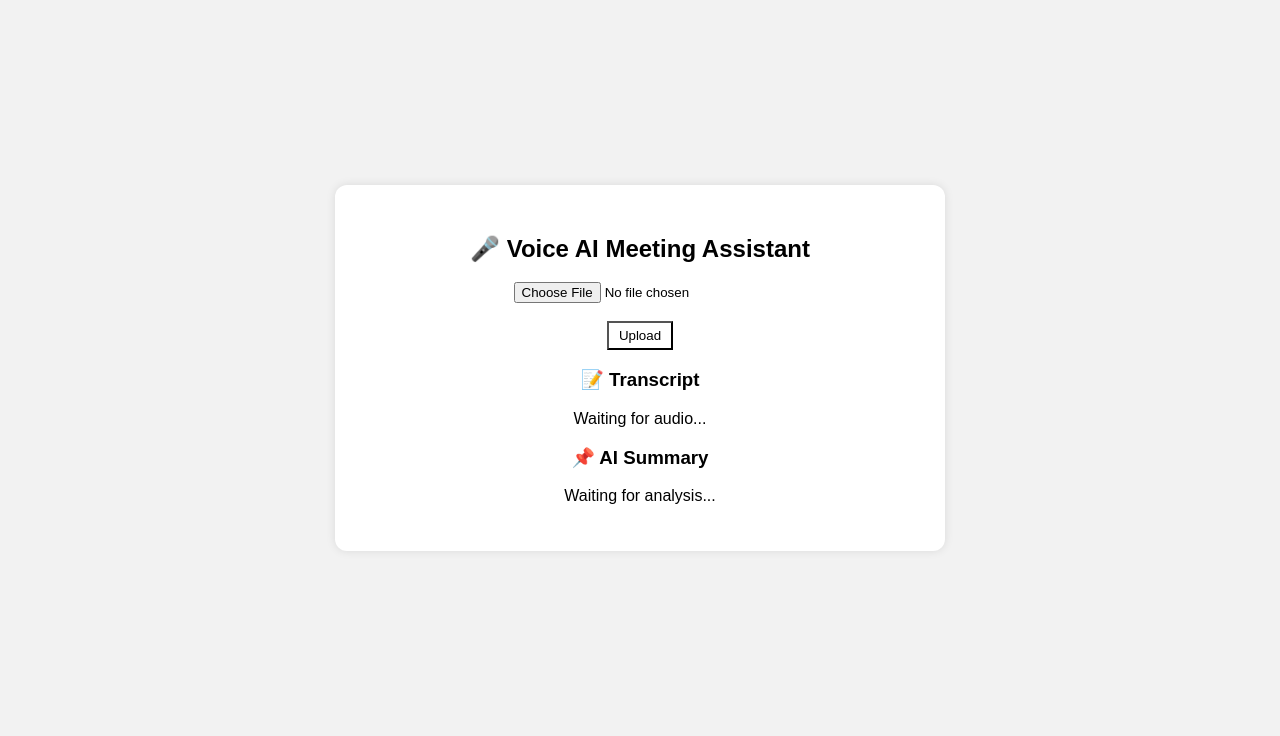
Repository: MujtabaHabib/Voice-AI-Meeting-Assistant
Page: index.html
The author's editor kept a copy of each file at every save. The page is drawn from the files as they stood at one save, then again after a run of saves.
The browser window is 1280 px wide. The pictures show the whole page.

Above is the page before, as saved 2026-02-01 22:11:22.

After the next 4 saves:
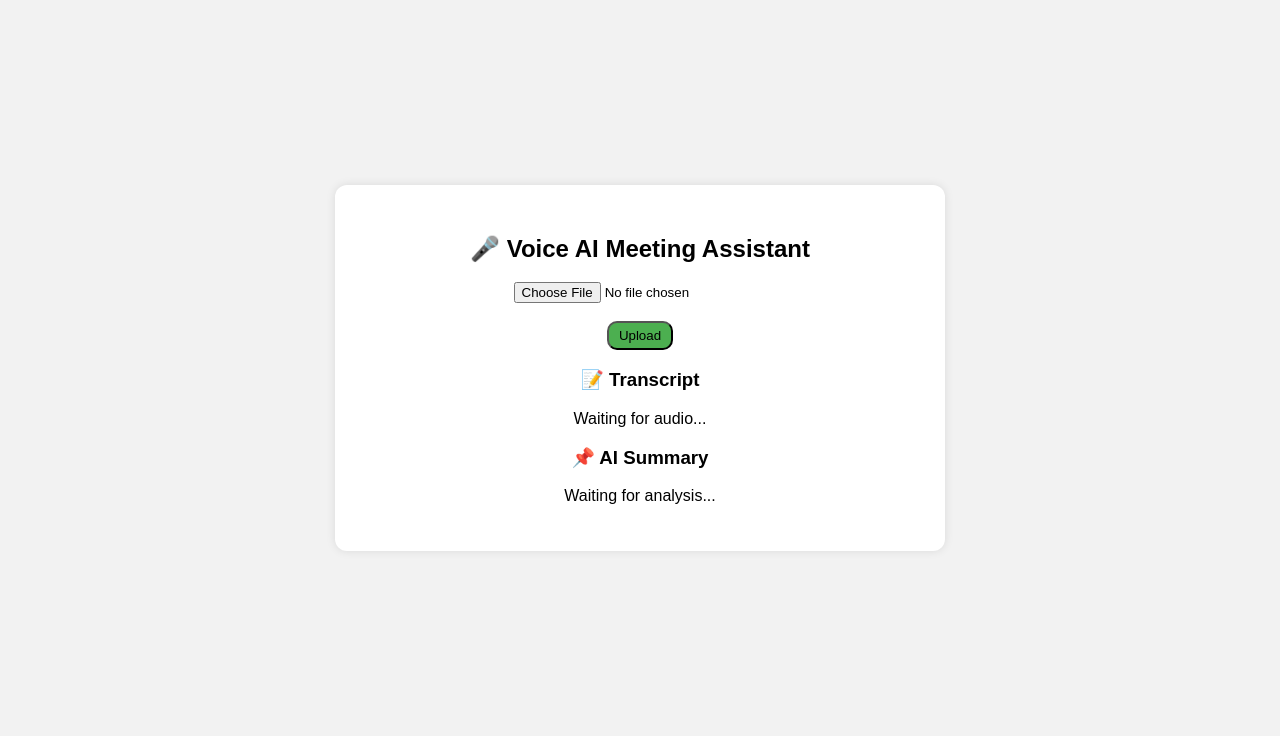
The 4 saves are shown as one change because they came seconds apart.
The last was saved 16 s later.
--- a/style.css
+++ b/style.css
@@ -19,5 +19,5 @@ body{
 button{
     padding: 5px 10px;
     background: #4CAF50;
-    background-color:white;
+    border-radius: 10px;
 }
